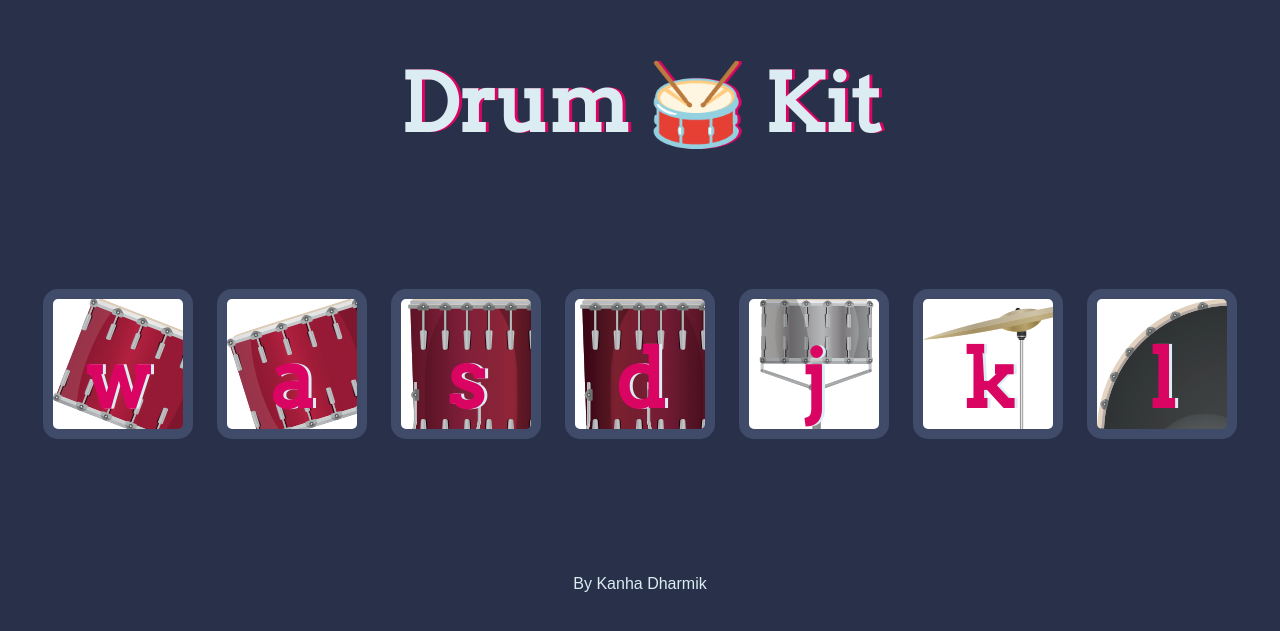
Repository: HoangDuy315/web-dev2022
Page: hw151022/ex3/index.html
An editor plug-in stored every save of this project. The page is shown before and after the next save, followed by the edit.
The browser window is 1280 px wide. The pictures show the whole page.

Above is the page before, as saved 2022-10-15 15:35:43.

After the next save:
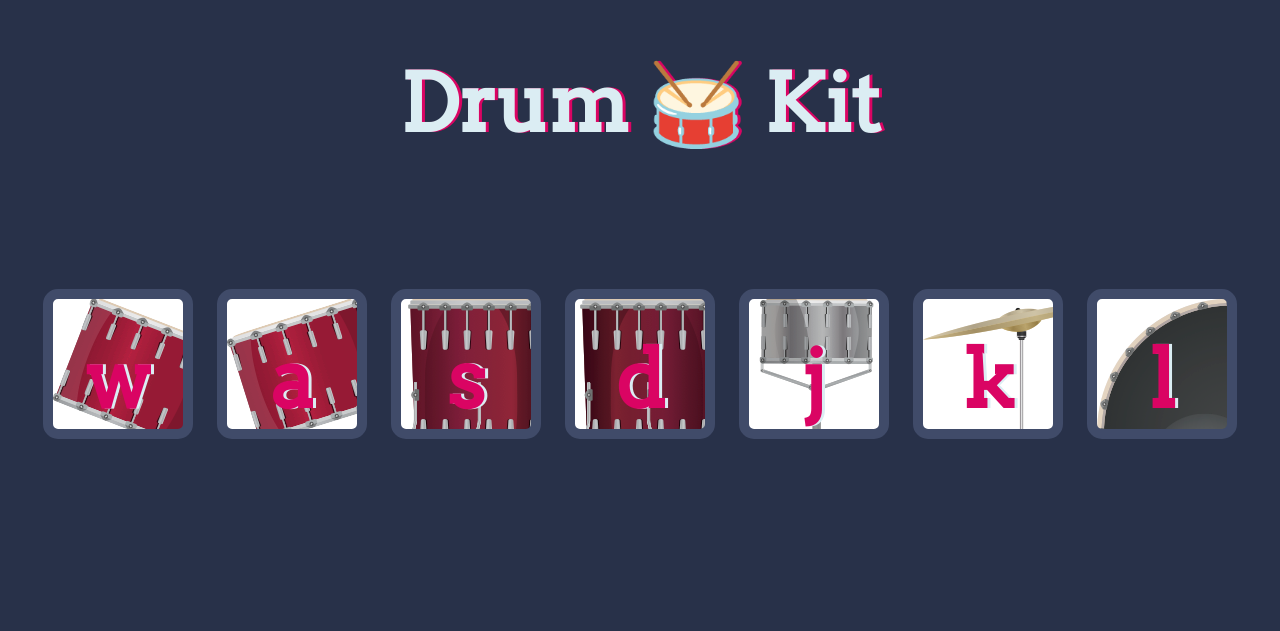
Saved 3 min 8 s later.
--- a/hw151022/ex3/index.html
+++ b/hw151022/ex3/index.html
@@ -1,30 +1,27 @@
 <!DOCTYPE html>
 <html lang="en" dir="ltr">
+  <head>
+    <meta charset="utf-8" />
+    <title>Kanha Dharmik</title>
+    <link rel="stylesheet" href="styles.css" />
+    <link
+      href="https://fonts.googleapis.com/css?family=Arvo"
+      rel="stylesheet"
+    />
+  </head>
 
-<head>
-  <meta charset="utf-8">
-  <title>Kanha Dharmik</title>
-  <link rel="stylesheet" href="styles.css">
-  <link href="https://fonts.googleapis.com/css?family=Arvo" rel="stylesheet">
-</head>
+  <body>
+    <h1 id="title">Drum 🥁 Kit</h1>
+    <div class="set">
+      <button class="w drum">w</button>
+      <button class="a drum">a</button>
+      <button class="s drum">s</button>
+      <button class="d drum">d</button>
+      <button class="j drum">j</button>
+      <button class="k drum">k</button>
+      <button class="l drum">l</button>
+    </div>
 
-<body>
-  <h1 id="title">Drum 🥁 Kit</h1>
-  <div class="set">
-    <button class="w drum">w</button>
-    <button class="a drum">a</button>
-    <button class="s drum">s</button>
-    <button class="d drum">d</button>
-    <button class="j drum">j</button>
-    <button class="k drum">k</button>
-    <button class="l drum">l</button>
-  </div>
-
-
-<script src="index.js" charset="utf-8"></script>
-
-<footer>
-  By Kanha Dharmik
-</footer>
-</body>
+    <script src="index.js" charset="utf-8"></script>
+  </body>
 </html>
